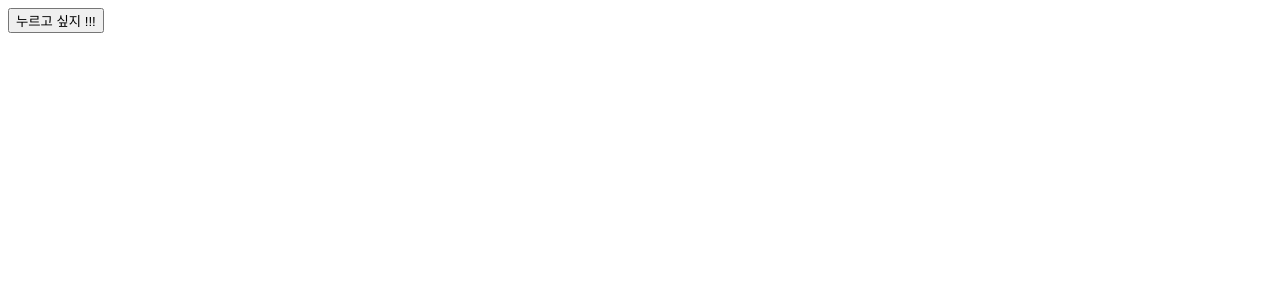
Repository: ahyeonyy/spring_study
Page: jsopTest/src/main/resources/static/pay.html
The author's editor kept a copy of each file at every save. The page is drawn from the files as they stood at one save, then again after the next save.
The browser window is 1280 px wide. The pictures show the whole page.

Above is the page before, as saved 2023-07-17 06:17:05.

After the next save:
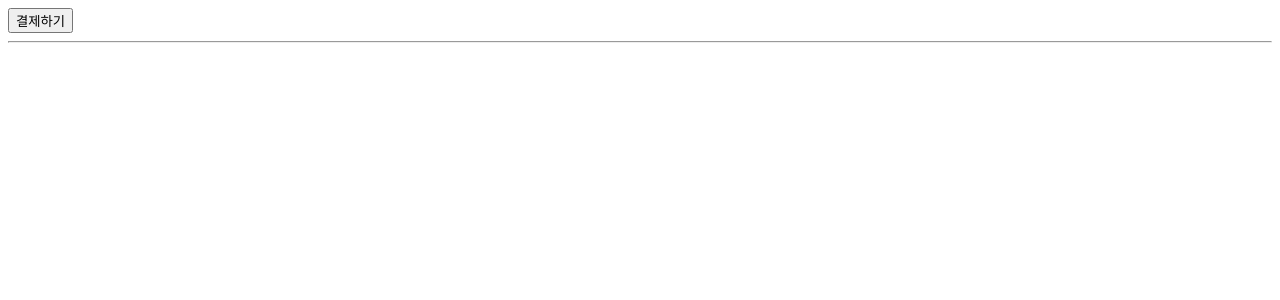
Saved 75 s later.
--- a/jsopTest/src/main/resources/static/pay.html
+++ b/jsopTest/src/main/resources/static/pay.html
@@ -48,14 +48,14 @@
 </head>
 
 <body>
-	<button id="btnOK">누르고 싶지 !!!</button>
-
-	<form action="/payok" method="post" id="pay">
-		<input type="hidden" name="imp_uid" id="imp_uid" />
-		<input type="hidden" name="merchant_uid" id="merchant_uid" />
-		<input type="hidden" name="paid_amount" id="paid_amount" />
-		<input type="hidden" name="apply_num" id="apply_num" />
-	</form>
+	 <button id="btnOK">결제하기</button>
+	 <hr>
+	 <form action="/payok" method="post" id="pay">
+	 	<input type="hidden" name="imp_uid" id="imp_uid">
+	 	<input type="hidden" name="merchant_uid" id="merchant_uid">
+	 	<input type="hidden" name="paid_amount" id="paid_amount">
+	 	<input type="hidden" name="apply_num" id="apply_num">
+	 </form>
 </body>
 
 </html>
